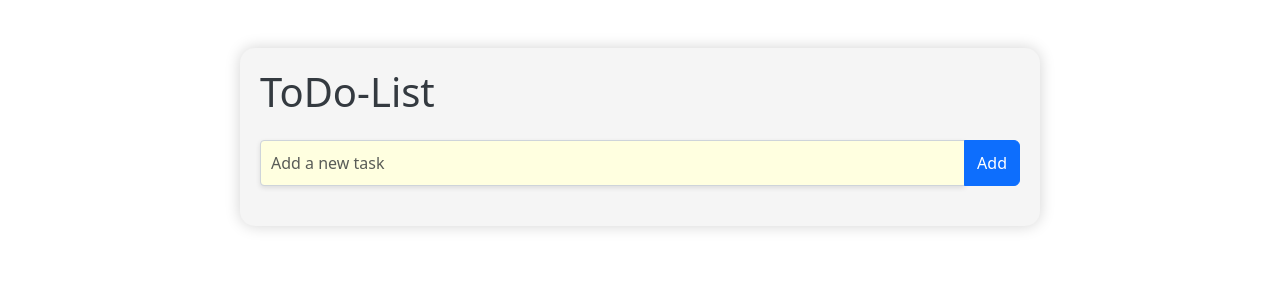
Repository: AkshatKapo/Todolist-React-app
Page: /
The author's editor kept a copy of each file at every save. The page is drawn from the files as they stood at one save, then again after the next save.
The browser window is 1280 px wide. The pictures show the whole page.
The project was rebuilt for these pictures with package versions that can differ from the ones it lists, and the page was loaded fresh each time. Also part of the build but not shown: vite.config.js, src/App.css, src/index.css.

Above is the page before, as saved 2024-06-20 15:46:40.

### index.html
<!doctype html>
<html lang="en">
  <head>
    <meta charset="UTF-8" />
    <link rel="icon" type="image/svg+xml" href="/vite.svg" />
    <meta name="viewport" content="width=device-width, initial-scale=1.0" />
    <title>Vite + React</title>
    <link href= "https://cdn.jsdelivr.net/npm/bootstrap@5.3.0-alpha1/dist/css/bootstrap.min.css" rel="stylesheet">
  </head>
  <body>
    <div id="root"></div>
    <script type="module" src="/src/main.jsx"></script>
  </body>
</html>

### src/App.jsx
import { useState } from 'react'
import './App.css'
import TodoList from './TodoList'

function App() {


  return (
    <div>
      <TodoList />
    </div>
  )
}

export default App

### src/TodoList.jsx
import React, { useState } from "react";
import './TodoList.css'; // Import your custom CSS file

const TodoList = () => {
  const [todos, setTodos] = useState([]);
  const [input, setInput] = useState('');

  const handleInputChange = (e) => {
    setInput(e.target.value);
  }

  const handleAddTodo = () => {
    if (input.trim()) {
      setTodos([...todos, input]);
      setInput('');
    }
  }

  const handleRemoveTodo = (index) => {
    const updatedTodos = todos.filter((_, i) => i !== index);
    setTodos(updatedTodos);
  }

  return (
    <div className="container mt-5">
      <h1 className=" mb-4">ToDo-List</h1>

      <div className="input-group">
        <input
          type="text"
          className="form-control input-field"
          value={input}
          onChange={handleInputChange}
          placeholder="Add a new task"
        />
        <button className="btn btn-primary" onClick={handleAddTodo}>Add</button>
      </div>

      <ul className="list-group">
        {todos.map((todo, index) => (
          <li key={index} className="list-group-item">
            {todo}
            <div className="btn-group">
              <button className="btn btn-danger delete-btn" onClick={() => handleRemoveTodo(index)}>✕</button>
              <button className="btn btn-primary edit-btn">✎</button>
            </div>
          </li>
        ))}
      </ul>
    </div>
  );
};

export default TodoList;

### src/TodoList.css
.container {
    max-width: 800px;
    margin: 0 auto;
    padding: 20px;
    background-color: whitesmoke;
    border-radius: 15px;
    box-shadow: 0 0 15px lightgrey;
  }

  h1 {
    text-align: left;
    color: #343a40;
    margin-bottom: 20px;
  }

  .input-group {
    margin-bottom: 20px;

  }
  /* Add this to your TodoList.css file */
.input-field {
    background-color: lightyellow; /* Change this to your desired color */
    border: 1px solid #ced4da;
    padding: 10px;
    border-radius: 4px;
    box-shadow: 0 2px 5px rgba(0, 0, 0, 0.1);
  }


  .btn-primary {
    margin-left: 10px;
  }

  .list-group-item {
    display: flex;
    justify-content: space-between;
    align-items: center;
    margin-bottom: 10px;
    padding: 10px;
    background-color: #fff;
    border: 1px solid #ced4da;
    border-radius: 4px;
    box-shadow: 0 2px 5px rgba(0, 0, 0, 0.1);
  }

  .delete-btn {
    background-color: #dc3545;
    color: #fff;
    border: none;
    padding: 5px 10px;
    border-radius: 4px;
    cursor: pointer;
    transition: background-color 0.15s ease-in-out;
  }

  .delete-btn:hover {
    background-color: #c82333;
  }

  .edit-btn {
    background-color: #007bff;
    color: #fff;
    border: none;
    padding: 5px 10px;
    border-radius: 4px;
    cursor: pointer;
    transition: background-color 0.15s ease-in-out;
  }

  .edit-btn:hover {
    background-color: #0056b3;
  }

Loaded but not shown: src/main.jsx (common file)

After the next save:
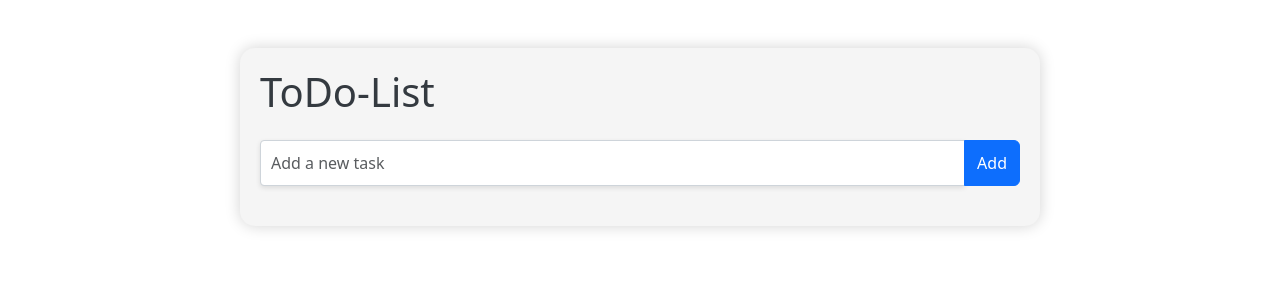
Saved 18 s later.
--- a/src/TodoList.css
+++ b/src/TodoList.css
@@ -19,7 +19,7 @@
   }
   /* Add this to your TodoList.css file */
 .input-field {
-    background-color: lightyellow; /* Change this to your desired color */
+    background-color: ; /* Change this to your desired color */
     border: 1px solid #ced4da;
     padding: 10px;
     border-radius: 4px;
